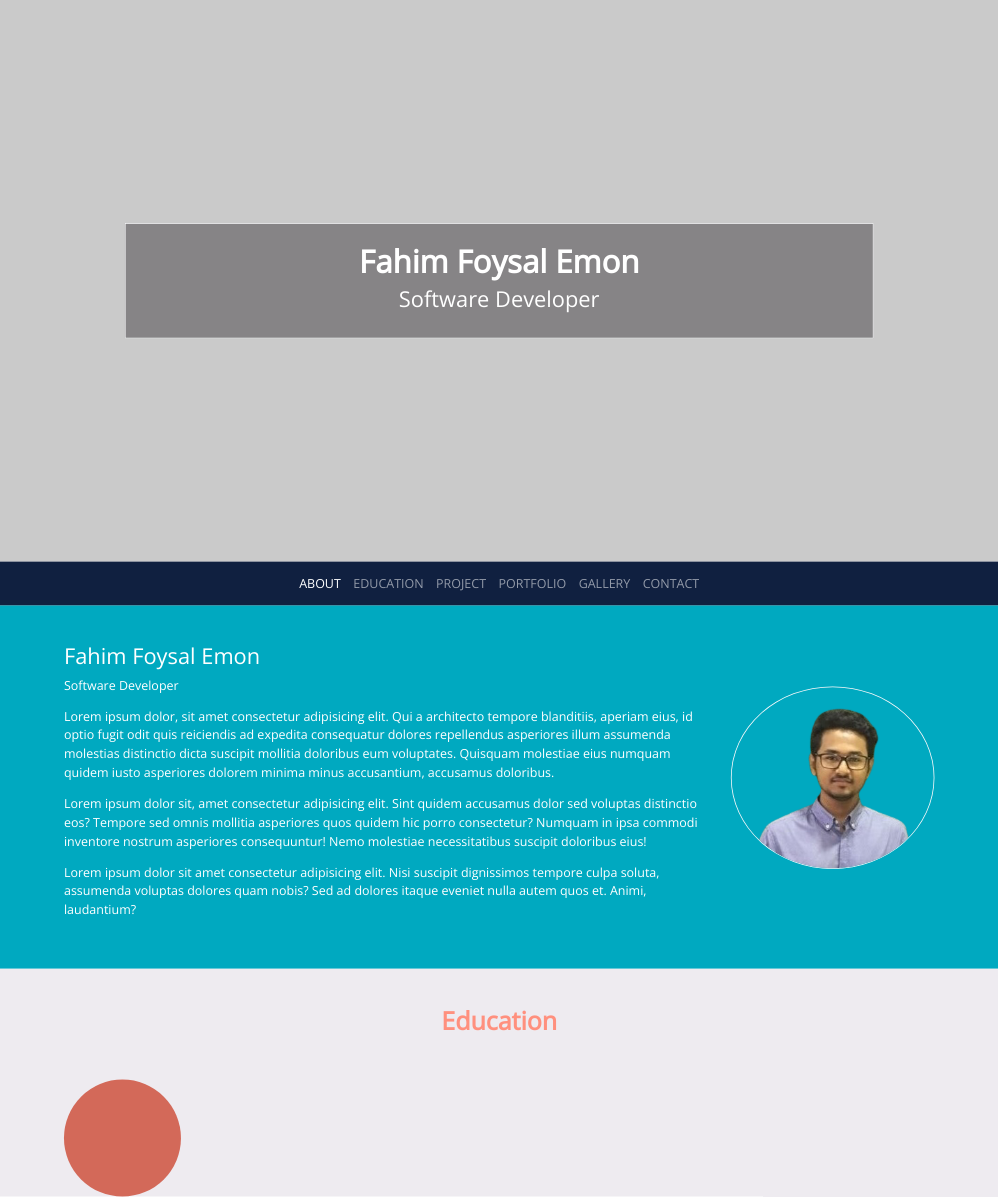
Repository: emowzz/emowzz.github.io
Page: index.html
These files come from the project's save history. The page is drawn as it stood at one moment and after the next save; the edit follows.
The browser window is 1280 px wide. The pictures show the whole page, at 78% of full size.
Some web libraries are served in a nearby version.

Above is the page before, as saved 2021-03-17 18:46:07.

### index.html
<!doctype html>
<html lang="en">

<head>
  <!-- Required meta tags -->
  <meta charset="utf-8">
  <meta name="viewport" content="width=device-width, initial-scale=1">
  <link rel="shortcut icon" type="image/png" href="./Image/myImgZoom.jpg">
  <!-- Bootstrap CSS -->
  <link href="https://cdn.jsdelivr.net/npm/bootstrap@5.0.0-beta2/dist/css/bootstrap.min.css" rel="stylesheet"
    integrity="sha384-BmbxuPwQa2lc/FVzBcNJ7UAyJxM6wuqIj61tLrc4wSX0szH/Ev+nYRRuWlolflfl" crossorigin="anonymous">
  <link rel="preconnect" href="https://fonts.gstatic.com">
  <link href="https://fonts.googleapis.com/css2?family=Open+Sans:wght@300&display=swap" rel="stylesheet">
  <link rel="stylesheet" href="./CSS/style.css">


  <title>Hi There, I'm Fahim Foysal Emon!</title>

  <script src="https://kit.fontawesome.com/a076d05399.js" crossorigin="anonymous"></script>
</head>

<body>

  <!-- this is banner section -->
  <section class="banner-container container-fluid">
    <div class="row vh-100">
      <div class="col-md-9 banner-column m-auto text-center text-white p-4 border border-light">
        <h1 class="display:4 fw-bolder">Fahim Foysal Emon</h1>
        <h3>Software Developer</h3>
      </div>
    </div>
  </section>

  <!-- this is nav-bar section -->
  <nav class="navbar navbar-expand-lg navbar-dark navbar-container">
    <div class="container-fluid">
      <button class="navbar-toggler" type="button" data-bs-toggle="collapse" data-bs-target="#navbarSupportedContent"
        aria-controls="navbarSupportedContent" aria-expanded="false" aria-label="Toggle navigation">
        <span class="navbar-toggler-icon"></span>
      </button>
      <div class="collapse navbar-collapse" id="navbarSupportedContent">
        <ul class="navbar-nav m-auto mb-2 mb-lg-0">
          <li class="nav-item">
            <a class="nav-link active" aria-current="page" href="#About">ABOUT</a>
          </li>
          <li class="nav-item">
            <a class="nav-link" href="#Education">EDUCATION</a>
          </li>
          <li class="nav-item">
            <a class="nav-link" href="#Project">PROJECT</a>
          </li>
          <li class="nav-item">
            <a class="nav-link" href="#Portfolio">PORTFOLIO</a>
          </li>
          <li class="nav-item">
            <a class="nav-link" href="#Gallery">GALLERY</a>
          </li>
          <li class="nav-item">
            <a class="nav-link" href="#Contact">CONTACT</a>
          </li>
        </ul>
      </div>
    </div>
  </nav>

  <!-- this is about section -->
  <div class="about-container" id="About">
    <div class="container">
      <div class="row align-items-center justify-content-center">
        <div class="col-md-9 py-5 text-white">
          <h3>Fahim Foysal Emon</h3>
          <p>Software Developer</p>
          <p>Lorem ipsum dolor, sit amet consectetur adipisicing elit. Qui a architecto tempore blanditiis, aperiam
            eius, id optio fugit odit quis reiciendis ad expedita consequatur dolores repellendus asperiores illum
            assumenda molestias distinctio dicta suscipit mollitia doloribus eum voluptates. Quisquam molestiae eius
            numquam quidem iusto asperiores dolorem minima minus accusantium, accusamus doloribus.</p>
          <p>Lorem ipsum dolor sit, amet consectetur adipisicing elit. Sint quidem accusamus dolor sed voluptas
            distinctio eos? Tempore sed omnis mollitia asperiores quos quidem hic porro consectetur? Numquam in ipsa
            commodi inventore nostrum asperiores consequuntur! Nemo molestiae necessitatibus suscipit doloribus eius!
          </p>
          <p>
            Lorem ipsum dolor sit amet consectetur adipisicing elit. Nisi suscipit dignissimos tempore culpa soluta,
            assumenda voluptas dolores quam nobis? Sed ad dolores itaque eveniet nulla autem quos et. Animi, laudantium?
          </p>
        </div>

        <div class="col-md-3 mb-4">
          <img src="/Image/myImg.png" alt="" class="img-fluid border rounded-circle border-light">
        </div>
      </div>
    </div>
  </div>

  <!-- this is education section -->
  <div class="education-container">
    <div class="container">
      <div class="row text-center">
        <div class="col py-5">
          <h2 class="bg-redType-color fw-bolder">
            Education
          </h2>
        </div>
      </div>

      <div class="row">
        <div class="col-md-2">
          <div class="circle">

          </div>
        </div>
        <div class="col-md-10">

        </div>
      </div>
    </div>
  </div>

  <!-- Optional JavaScript; choose one of the two! -->

  <!-- Option 1: Bootstrap Bundle with Popper -->
  <script src="https://cdn.jsdelivr.net/npm/bootstrap@5.0.0-beta2/dist/js/bootstrap.bundle.min.js"
    integrity="sha384-b5kHyXgcpbZJO/tY9Ul7kGkf1S0CWuKcCD38l8YkeH8z8QjE0GmW1gYU5S9FOnJ0"
    crossorigin="anonymous"></script>

  <!-- Option 2: Separate Popper and Bootstrap JS -->
  <!--
    <script src="https://cdn.jsdelivr.net/npm/@popperjs/core@2.6.0/dist/umd/popper.min.js" integrity="sha384-KsvD1yqQ1/1+IA7gi3P0tyJcT3vR+NdBTt13hSJ2lnve8agRGXTTyNaBYmCR/Nwi" crossorigin="anonymous"></script>
    <script src="https://cdn.jsdelivr.net/npm/bootstrap@5.0.0-beta2/dist/js/bootstrap.min.js" integrity="sha384-nsg8ua9HAw1y0W1btsyWgBklPnCUAFLuTMS2G72MMONqmOymq585AcH49TLBQObG" crossorigin="anonymous"></script>
    -->
</body>

</html>

### CSS/style.css
body {
    font-family: 'Open Sans', sans-serif;
}


.banner-container {
    background-color: #CACACA;
}

.banner-column {
    background-color: #868486;
}

.navbar-container {
    background-color: #102040;
}

.about-container {
    background-color: #00A9C0;
}

.education-container {
    background-color: #eeebf0;
}

.bg-redType {
    background-color: #d36959;
}

.bg-redType-color {
    color: #FF907E;
}

.circle {
    background-color: #d36959;
    width: 150px;
    height: 150px;
    border-radius: 50%;
}

After the next save:
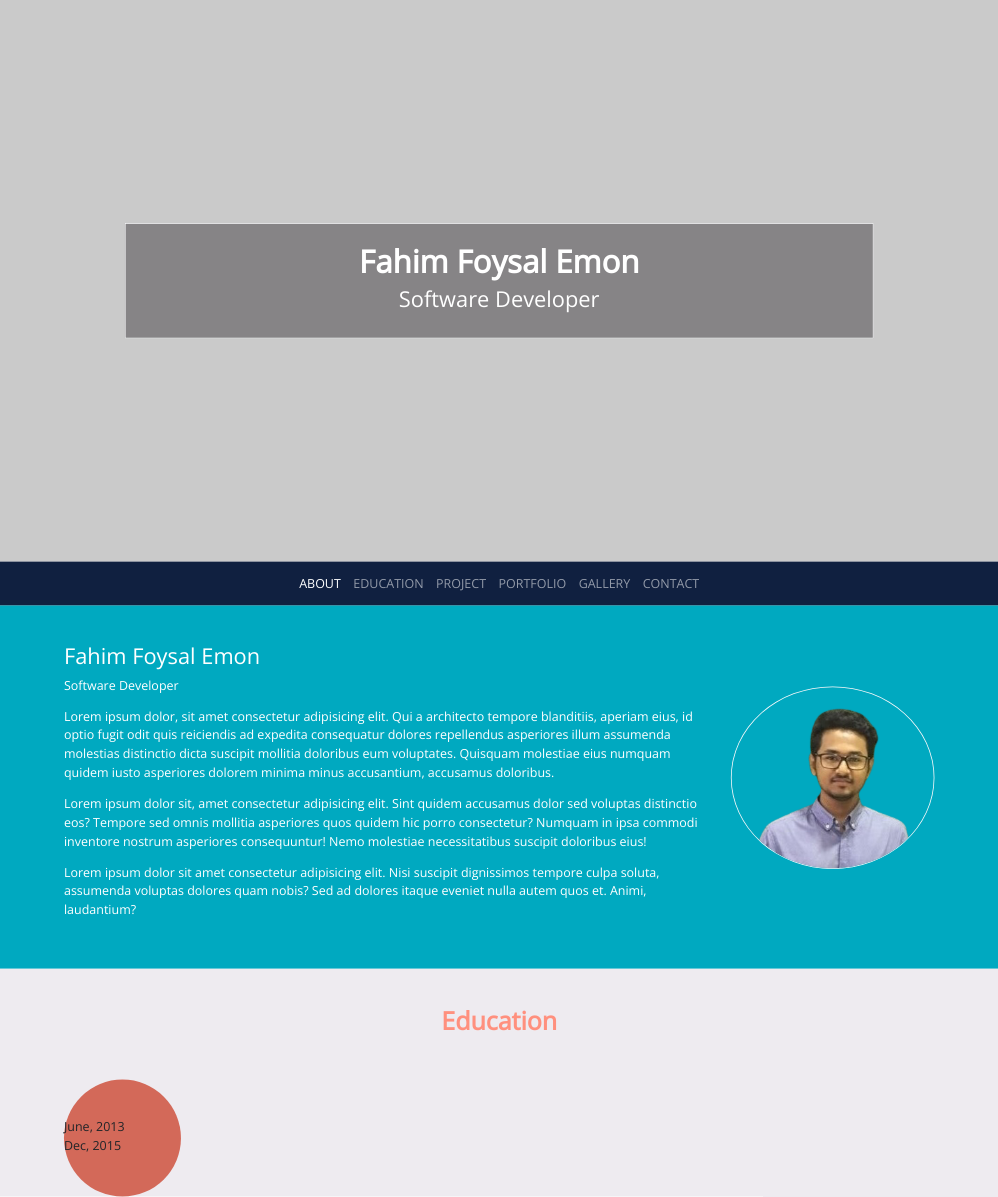
Saved 8 min 47 s later.
--- a/index.html
+++ b/index.html
@@ -105,7 +105,10 @@
       <div class="row">
         <div class="col-md-2">
           <div class="circle">
-
+            <p class="py-5">
+              June, 2013 <br>
+              Dec, 2015
+            </p>
           </div>
         </div>
         <div class="col-md-10">
